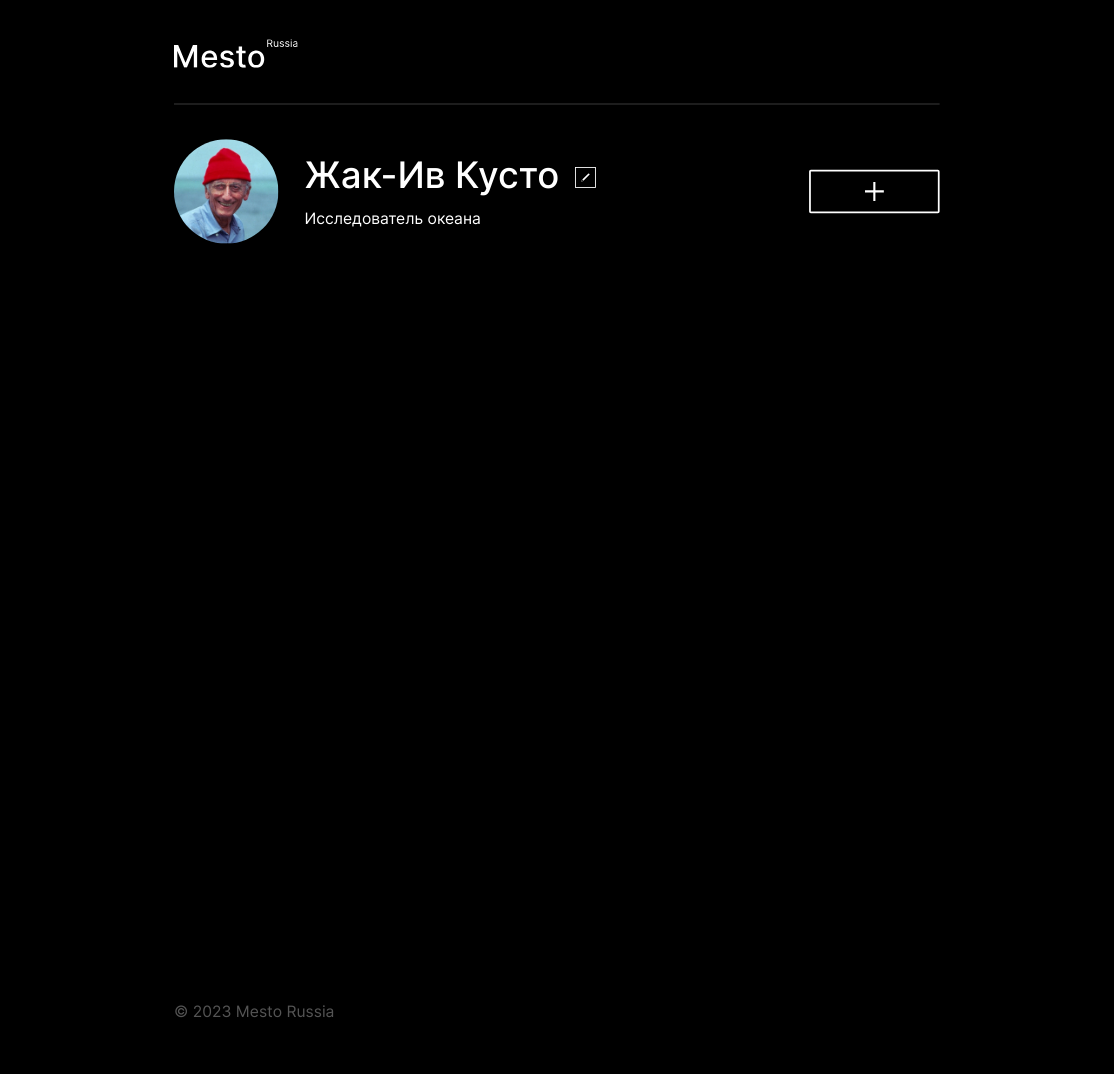
Repository: Dmitry-Rusinov/mesto
Page: index.html
The author's editor kept a copy of each file at every save. The page is drawn from the files as they stood at one save, then again after the next save.
The browser window is 1280 px wide. The pictures show the whole page, at 87% of full size.

Above is the page before, as saved 2023-05-12 13:56:04.

### index.html
<!DOCTYPE html>
<html lang="ru">
  <head>
    <meta charset="UTF-8" />
    <meta name="viewport" content="width=device-width, initial-scale=1.0" />
    <link rel="stylesheet" href="./pages/index.css" />
    <title>Третий проект Яндекс.Практикум "Место"</title>
  </head>
  <body class="page">
    <div class="content">
      <header class="header">
        <img
          src="./images/logo.svg"
          alt="Логотип проекта Место.Россия"
          class="header__logo"
        />
      </header>
      <main>
        <section class="profile">
          <img
            src="./images/image.jpg"
            alt="Фотография пользователя"
            class="profile__avatar"
          />
          <div class="profile__info">
            <h1 class="profile__info-title">Жак-Ив Кусто</h1>
            <button
              type="button"
              title="Кнопка редактирования профиля"
              class="profile__edit-button"
            ></button>
            <p class="profile__subtitle">Исследователь океана</p>
          </div>
          <button
            type="button"
            title="Кнопка добавления фото-карточки"
            class="profile__add-button"
          ></button>
        </section>
        <section class="elements">
          <ul class="elements__card">
            <li class="elements__card-content">
              <img
                src="./images/andrea-de-santis-Hu1ixxtInvs-unsplash.jpg"
                alt="Абстрактная многоярусная лестница"
                class="elements__picture"
              />
              <button type="button" title="Кнопка удаления карточки" class="elements__button-delete"></button>
              <div class="elements__description">
                <div class="elements__container">
                  <h2 class="elements__title">Лестница</h2>
                  <button
                    type="button"
                    title="Кнопка лайка картинки"
                    class="elements__button-like"
                  ></button>
                </div>
              </div>
            </li>
            <li class="elements__card-content">
              <img
                src="./images/david-becker-pEqvRg-o-PY-unsplash.jpg"
                alt="Северное сияние"
                class="elements__picture"
              />
              <button type="button" title="Кнопка удаления карточки" class="elements__button-delete"></button>
              <div class="elements__description">
                <div class="elements__container">
                  <h2 class="elements__title">Северное сияние</h2>
                  <button
                    type="button"
                    title="Кнопка лайка картинки"
                    class="elements__button-like"
                  ></button>
                </div>
              </div>
            </li>
            <li class="elements__card-content">
              <img
                src="./images/hamdhulla-shakeeb-S98UHzzXq_E-unsplash.jpg"
                alt="Пляж с пальмами и голубой водой"
                class="elements__picture"
              />
              <button type="button" title="Кнопка удаления карточки" class="elements__button-delete"></button>
              <div class="elements__description">
                <div class="elements__container">
                  <h2 class="elements__title">Пляж</h2>
                  <button
                    type="button"
                    title="Кнопка лайка картинки"
                    class="elements__button-like"
                  ></button>
                </div>
              </div>
            </li>
            <li class="elements__card-content">
              <img
                src="./images/josh-hild-znpfVkfxRgk-unsplash.jpg"
                alt="Девушка с удивленным взглядом в поле цветов"
                class="elements__picture"
              />
              <button type="button" title="Кнопка удаления карточки" class="elements__button-delete"></button>
              <div class="elements__description">
                <div class="elements__container">
                  <h2 class="elements__title">Девушка в цветах</h2>
                  <button
                    type="button"
                    title="Кнопка лайка картинки"
                    class="elements__button-like"
                  ></button>
                </div>
              </div>
            </li>
            <li class="elements__card-content">
              <img
                src="./images/mat-5DDrT2ioNuI-unsplash.jpg"
                alt="Римские колонны"
                class="elements__picture"
              />
              <button type="button" title="Кнопка удаления карточки" class="elements__button-delete"></button>
              <div class="elements__description">
                <div class="elements__container">
                  <h2 class="elements__title">Римские колонны</h2>
                  <button
                    type="button"
                    title="Кнопка лайка картинки"
                    class="elements__button-like"
                  ></button>
                </div>
              </div>
            </li>
            <li class="elements__card-content">
              <img
                src="./images/shana-van-roosbroek-nkS1Y4KsEAw-unsplash.jpg"
                alt="Доски для серфинга на пляже"
                class="elements__picture"
              />
              <button type="button" title="Кнопка удаления карточки" class="elements__button-delete"></button>
              <div class="elements__description">
                <div class="elements__container">
                  <h2 class="elements__title">Серфинг</h2>
                  <button
                    type="button"
                    title="Кнопка лайка картинки"
                    class="elements__button-like"
                  ></button>
                </div>
              </div>
            </li>
          </ul>
        </section>
      </main>
      <footer class="footer">
        <p class="footer__text">© 2023 Mesto Russia</p>
      </footer>
    </div>
    <div class="popup">
      <div class="popup__container">
        <button
          type="button"
          class="popup__closed"
          title="Кнопка закрытия формы"
        ></button>
        <h2 class="popup__title">Редактировать профиль</h2>
        <form name="form" class="popup__form">
          <fieldset class="popup__content">
            <input
              class="popup__input popup__input_user_name"
              type="text"
              id="user-name"
              placeholder="Как вас зовут?"
              minlength="1"
              maxlength="200"
              name="name"
            />
            <input
              class="popup__input popup__input_user_job"
              type="text"
              id="description"
              placeholder="Дополнитерьная информация"
              minlength="1"
              maxlength="400"
              name="job"
            />
          </fieldset>
          <button type="submit" class="popup__submit" value="eddit">
            Сохранить
          </button>
        </form>
      </div>
    </div>
    <script src="./scripts/index.js"></script>
  </body>
</html>

### pages/index.css
@import url(../vendor/normalize.css);
@import url(../vendor/fonts.css);
@import url(../blocks/page/page.css);
@import url(../blocks/content/content.css);

/*header*/
@import url(../blocks/header/header.css);
@import url(../blocks/header/__logo/header__logo.css);

/*profile*/
@import url(../blocks/profile/profile.css);
@import url(../blocks/profile/__add-button/profile__add-button.css);
@import url(../blocks/profile/__avatar/profile__avatar.css);
@import url(../blocks/profile/__edit-button/profile__edit-button.css);
@import url(../blocks/profile/__info/profile__info.css);
@import url(../blocks/profile/__info-title/profile__info-title.css);
@import url(../blocks/profile/__subtitle/profile__subtitle.css);

/*elements*/
@import url(../blocks/elements/elements.css);
@import url(../blocks/elements/__card/elements__card.css);
@import url(../blocks/elements/__button-like/elements__button-like.css);
@import url(../blocks/elements/__card-content/elements__card-content.css);
@import url(../blocks/elements/__container/elements__container.css);
@import url(../blocks/elements/__picture/elements__picture.css);
@import url(../blocks/elements/__title/elements__title.css);
@import url(../blocks/elements/__button-delete/elements__button-delete.css);

/*footer*/
@import url(../blocks/footer/footer.css);
@import url(../blocks/footer/__text/footer__text.css);

/*popup*/
@import url(../blocks/popup/popup.css);
@import url(../blocks/popup/__title/popup__title.css);
@import url(../blocks/popup/__submit/popup__submit.css);
@import url(../blocks/popup/_opened/popup_opened.css);
@import url(../blocks/popup/__input/popup__input.css);
@import url(../blocks/popup/__form/popup__form.css);
@import url(../blocks/popup/__content/popup__content.css);
@import url(../blocks/popup/__container/popup__container.css);
@import url(../blocks/popup/__closed/popup__closed.css);

### vendor/fonts.css
@font-face {
  font-family: 'Inter';
  font-style:  normal;
  font-weight: 400;
  font-display: swap;
  src: url("Inter-Regular.woff2?v=3.19") format("woff2"),
       url("Inter-Regular.woff?v=3.19") format("woff");
}
@font-face {
  font-family: 'Inter';
  font-style:  normal;
  font-weight: 500;
  font-display: swap;
  src: url("Inter-Medium.woff2?v=3.19") format("woff2"),
       url("Inter-Medium.woff?v=3.19") format("woff");
}
@font-face {
  font-family: 'Inter';
  font-style:  normal;
  font-weight: 900;
  font-display: swap;
  src: url("Inter-Black.woff2?v=3.19") format("woff2"),
       url("Inter-Black.woff?v=3.19") format("woff");
}

### blocks/page/page.css
.page {
  font-family: "Inter", Helvetica, Arial, sans-serif;
  background-color: #000000;
  -webkit-text-size-adjust: 100%;
  -ms-text-size-adjust: 100%;
  -moz-text-size-adjust: 100%;
  -webkit-font-smoothing: antialiased;
  -moz-osx-font-smoothing: grayscale;
  text-rendering: optimizeLegibility;
  margin: 0 auto;
  width: 100%;
}

### blocks/content/content.css
.content {
  max-width: calc(1280px - 2 * 200px);
  width: calc(100% - 2 * 200px);
  margin: 45px auto 60px;
  position: relative;
}

@media screen and (max-width: 1279px) {
  .content {
    max-width: calc(1279px - 2 * 15.6%);
    width: calc(100% - 2 * 15.6%);
  }
}

@media screen and (max-width: 768px) {
  .content {
    max-width: calc(768px - 2 * 6%);
    width: calc(100% - 2 * 6%);
    margin: 28px auto 36px;
  }
}

@media screen and (max-width: 320px) {
  .content {
    width: 100%;
  }
}

### blocks/header/header.css
.header {
  display: flex;
  flex-direction: column;
  justify-content: space-between;
  margin: 0;
  border-bottom: 1px solid rgba(84, 84, 84, 0.7);
}

### blocks/header/__logo/header__logo.css
.header__logo {
  object-fit: contain;
  margin-bottom: 41px;
  max-width: 142px;
}

@media screen and (max-width: 320px) {
  .header__logo {
    max-width: 103.74px;
    margin-bottom: 31.6px;
    margin-left: 27px;
  }
}

### blocks/profile/profile.css
.profile {
  display: flex;
  width: 100%;
  margin: 40px auto 0;
  align-items: center;
}
@media screen and (max-width: 980px) {
  .profile {
    flex-direction: column;
  }
}

### blocks/profile/__add-button/profile__add-button.css
.profile__add-button {
  background-image: url(../../../images/addBottonPlus.svg);
  width: 150px;
  height: 50px;
  background-repeat: no-repeat;
  background-position: center;
  background-color: transparent;
  border: 2px solid #ffffff;
  border-radius: 2px;
  box-sizing: border-box;
  cursor: pointer;
  align-self: center;
  margin-left: auto;
  transition: opacity 0.6s;
}

.profile__add-button:hover {
  opacity: 0.6;
}

@media screen and (max-width: 980px) {
  .profile__add-button {
    margin: auto;
    width: 330px;
  }
}

@media screen and (max-width: 425px) {
  .profile__add-button {
    width: 234px;
  }
}

@media screen and (max-width: 320px) {
  .profile__add-button {
    max-width: calc(320px - 2 * 19px);
    width: calc(100% - 2 * 19px);
    background-size: 16px;
  }
}

### blocks/profile/__avatar/profile__avatar.css
.profile__avatar {
  object-fit: cover;
  border-radius: 50%;
  width: 120px;
  height: 120px;
  margin-right: 30px;
  padding: 0;
}

@media screen and (max-width: 980px) {
  .profile__avatar {
    margin: 0 auto 26px;
  }
}

### blocks/profile/__edit-button/profile__edit-button.css
.profile__edit-button {
  border: 1px solid #ffffff;
  background-image: url(../../../images/edit-button.svg);
  height: 24px;
  width: 24px;
  background-color: transparent;
  background-position: center;
  cursor: pointer;
  transition: opacity 0.6s;
  box-sizing: border-box;
  padding: 0;
  background-repeat: no-repeat;
}

.profile__edit-button:hover {
  opacity: 0.6;
}

@media screen and (max-width: 425px) {
  .profile__edit-button {
    height: 18px;
    width: 18px;
    background-size: 8px;
  }
}

### blocks/profile/__info/profile__info.css
.profile__info {
  display: grid;
  grid-template-columns: 1fr 24px;
  column-gap: 18px;
  row-gap: 16px;
  align-items: baseline;
  box-sizing: border-box;
  max-width: 336px;
}

@media screen and (max-width: 980px) {
  .profile__info {
    margin: 0 auto 36px;
  }
}

@media screen and (max-width: 425px) {
  .profile__info {
    grid-template-columns: 1fr 18px;
    column-gap: 14px;
    row-gap: 10px;
  }
}

### blocks/profile/__info-title/profile__info-title.css
.profile__info-title {
  color: white;
  font-style: normal;
  font-weight: 500;
  font-size: 42px;
  line-height: 48px;
  margin: 0;
  padding: 0;
  text-overflow: ellipsis;
  white-space: nowrap;
  overflow: hidden;
  vertical-align: baseline;
}

@media screen and (max-width: 980px) {
  .profile__info-title {
    text-align: center;
  }
}

@media screen and (max-width: 425px) {
  .profile__info-title {
    font-size: 27px;
    line-height: 33px;
  }
}

### blocks/profile/__subtitle/profile__subtitle.css
.profile__subtitle {
  font-style: normal;
  font-weight: 400;
  font-size: 18px;
  line-height: 1.22;
  margin: 0;
  padding: 0;
  color: #ffffff;
  text-overflow: ellipsis;
  white-space: nowrap;
  overflow: hidden;
}

@media screen and (max-width: 980px) {
  .profile__subtitle {
    text-align: center;
    grid-column: 1 / 3;
  }
}

@media screen and (max-width: 425px) {
  .profile__subtitle {
    font-size: 14px;
    line-height: 17px;
  }
}

### blocks/elements/elements.css
.elements {
  margin: 51px auto 0;
}

@media screen and (max-width: 425px) {
  .elements {
    margin: 36px auto 0;
  }
}

### blocks/elements/__card/elements__card.css
.elements__card {
  list-style: none;
  display: grid;
  grid-template-columns: repeat(3, 1fr);
  column-gap: 17px;
  row-gap: 20px;
  margin: 0;
  padding: 0;
}

@media screen and (max-width: 1279px) {
  .elements__card {
    grid-template-columns: repeat(2, 1fr);
    max-width: max-content;
    margin: 0 auto;
  }
}

@media screen and (max-width: 980px) {
  .elements__card {
    grid-template-columns: 1fr;
  }
}

### blocks/elements/__button-like/elements__button-like.css
.elements__button-like {
  background-image: url(../../../images/botton-like.svg);
  width: 22px;
  height: 19px;
  border: 0;
  background-color: transparent;
  cursor: pointer;
  transition: opacity 0.6s;
}

.elements__button-like:hover {
  opacity: 0.5;
}

.elements__button-like:active {
  background-image: url(../../../images/button-like-active.svg);
  opacity: 1;
}

### blocks/elements/__card-content/elements__card-content.css
.elements__card-content {
  display: flex;
  position: relative;
  flex-direction: column;
  border-radius: 10px;
  margin: 0;
  padding: 0;
  overflow: hidden;
  background: #FFFFFF;
}

### blocks/elements/__container/elements__container.css
.elements__container {
  display: flex;
  justify-content: space-between;
  margin: 25px 20px 31px;
  align-items: center;
}

### blocks/elements/__picture/elements__picture.css
.elements__picture {
  height: 282px;
  width: 100%;
  object-fit: cover;
}

### blocks/elements/__title/elements__title.css
.elements__title {
  font-style: normal;
  font-weight: 900;
  font-size: 1.5em;
  line-height: 1.2;
  margin: 0;
  padding: 0;
  max-width: 220px;
  text-overflow: ellipsis;
  white-space: nowrap;
  overflow: hidden;
}

### blocks/elements/__button-delete/elements__button-delete.css
.elements__button-delete {
  position: absolute;
  background-image: url(../../../images/deleteCard-basket.svg);
  cursor: pointer;
  top: 20px;
  right: 20px;
  width: 18px;
  height: 19px;
  border: 1px solid green;
  background-color: transparent;
  background-repeat: no-repeat;
  transition: opacity 0.6s;
}

.elements__button-delete:hover {
  opacity: 0.6;
}

### blocks/footer/footer.css
.footer {
  max-width: 318px;
  margin-top: 67px;
  margin-right: auto;
}

@media screen and (max-width: 425px) {
  .footer {
    margin-top: 48px;
  }
}

### blocks/footer/__text/footer__text.css
.footer__text {
  font-style: normal;
  font-weight: 400;
  font-size: 18px;
  line-height: 22px;
  color: #545454;
  margin: 0;
  padding: 0;
}

@media screen and (max-width: 320px) {
  .footer__text {
    font-size: 14px;
    line-height: 17px;
    margin: 0 19px;
  }
}

### blocks/popup/popup.css
.popup {
  position: fixed;
  top: 0;
  left: 0;
  z-index: 5;
  width: 100%;
  height: 100%;
  display: none;
  background-color: rgba(0, 0, 0, 0.5);
  justify-content: center;
  align-items: center;
}

### blocks/popup/__title/popup__title.css
.popup__title {
  font-style: normal;
  font-weight: 900;
  font-size: 24px;
  line-height: 29px;
  margin: 0;
  padding: 0;
}

@media screen and (max-width: 768px) {
  .popup__title {
    font-size: 18px;
    line-height: 22px;
  }
}

### blocks/popup/__submit/popup__submit.css
.popup__submit {
  margin: 0;
  padding-top: 14px;
  padding-bottom: 14px;
  border-radius: 2px;
  background-color: #000000;
  color: #fff;
  width: 100%;
  font-style: normal;
  font-weight: 400;
  font-size: 18px;
  line-height: 22px;
  text-align: center;
  border: none;
  transition: .6s ease;
  cursor: pointer;
}

.popup__submit:hover {
  background-color: rgba(0, 0, 0, .8);
}

@media screen and (max-width: 768px) {
  .popup__submit {
    margin: 28px 0 0;
    font-size: 14px;
    line-height: 17px;
  }
}

### blocks/popup/__input/popup__input.css
.popup__input {
  border: none;
  border-bottom: 1px solid rgba(0, 0, 0, 0.2);
  padding: 13px 0 10px;
  margin: 0 0 17px;
  width: 100%;
  font-style: normal;
  font-weight: 400;
  font-size: 14px;
  line-height: 17px;
}

### blocks/popup/__form/popup__form.css
.popup__form {
  display: flex;
  flex-direction: column;
  box-sizing: border-box;
  margin-top: 35px;
}

@media screen and (max-width: 768px) {
  .popup__form {
    margin-top: 62px;
  }
}

### blocks/popup/__content/popup__content.css
.popup__content {
  padding: 0;
  margin: 0 0 31px;
  border: none;
  flex-direction: column;
}
@media screen and (max-width: 768px) {
  .popup__content {
    margin: 0;
  }
}

### blocks/popup/__container/popup__container.css
.popup__container {
  border-radius: 10px;
  background: #fff;
  width: 358px;
  position: relative;
  box-shadow: 0px 0px 25px rgba(0, 0, 0, 0.15);
  flex-direction: column;
  z-index: 5;
  padding: 34px 36px 37px;
}

@media screen and (max-width: 768px) {
  .popup__container {
    width: 238px;
    padding: 25px 22px;
  }
}

### blocks/popup/__closed/popup__closed.css
.popup__closed {
  position: absolute;
  top: -40px;
  right: -40px;
  transition: opacity 0.6s;
  cursor: pointer;
  background-image: url(../../../images/close-icon.svg);
  height: 32px;
  width: 32px;
  background-color: transparent;
  border: none;
}

.popup__closed:hover {
  opacity: 0.6;
}

@media screen and (max-width: 768px) {
  .popup__closed {
    top: -36px;
    right: 0;
    background-image: url(../../../images/close-icon-mini.svg);
    height: 20px;
    width: 20px;
  }
}

### scripts/index.js
const buttonPopupOpen = document.querySelector('.profile__edit-button');
const popup = document.querySelector('.popup');
const buttonPopupClosed = document.querySelector('.popup__closed');
let formElement = document.querySelector('.popup__form');
let nameInput = document.querySelector('.popup__input_user_name');
let jobInput = document.querySelector('.popup__input_user_job');
let newNameInput = document.querySelector('.profile__info-title');
let newJobInput = document.querySelector('.profile__subtitle');

const togglePopupState = (popupToToggle) => popupToToggle.classList.toggle('popup_opened');

buttonPopupOpen.addEventListener('click', () => {
  togglePopupState(popup);
  nameInput.value = newNameInput.textContent;
  jobInput.value = newJobInput.textContent;
});

buttonPopupClosed.addEventListener('click', () => togglePopupState(popup));
/*popup.addEventListener('click', (evt) => {
  if (evt.target === evt.currentTarget) {
    togglePopupState(popup)
  }
})*/

function handleFormSubmit (evt) {
    evt.preventDefault();
    newNameInput.textContent = nameInput.value;
    newJobInput.textContent = jobInput.value;
    togglePopupState(popup);
}
// Прикрепляем обработчик к форме:
// он будет следить за событием “submit” - «отправка»
formElement.addEventListener('submit', handleFormSubmit);

const elementsCard = document.querySelector('.elements__card');
const elementsCardContent = document.querySelector('.elements__card-content').content;
//const elementsPicture = document.querySelector('.elements__picture');
//const elementsTitle = document.querySelector('.elements__title');


const initialCards = [
  {
    name: 'Архыз',
    link: 'https://pictures.s3.yandex.net/frontend-developer/cards-compressed/arkhyz.jpg'
  },
  {
    name: 'Челябинская область',
    link: 'https://pictures.s3.yandex.net/frontend-developer/cards-compressed/chelyabinsk-oblast.jpg'
  },
  {
    name: 'Иваново',
    link: 'https://pictures.s3.yandex.net/frontend-developer/cards-compressed/ivanovo.jpg'
  },
  {
    name: 'Камчатка',
    link: 'https://pictures.s3.yandex.net/frontend-developer/cards-compressed/kamchatka.jpg'
  },
  {
    name: 'Холмогорский район',
    link: 'https://pictures.s3.yandex.net/frontend-developer/cards-compressed/kholmogorsky-rayon.jpg'
  },
  {
    name: 'Байкал',
    link: 'https://pictures.s3.yandex.net/frontend-developer/cards-compressed/baikal.jpg'
  }
];

const elementsInfo = initialCards.map((item) => {
  return {
    name: item.name,
    link: item.link
  };
});

function createCard({name, link}) {
  const changedElements = document.querySelector('.elements__card').cloneNode(true);
  changedElements.querySelector('.elements__title').textContent = name;
  changedElements.querySelector('.elements__picture').src = link;
  elementsCard.replaceChildren(changedElements);
}

function create() {
  elementsInfo.forEach(createCard);
}

create();

Loaded but not shown: vendor/normalize.css (library); blocks/popup/_opened/popup_opened.css (common file)

After the next save:
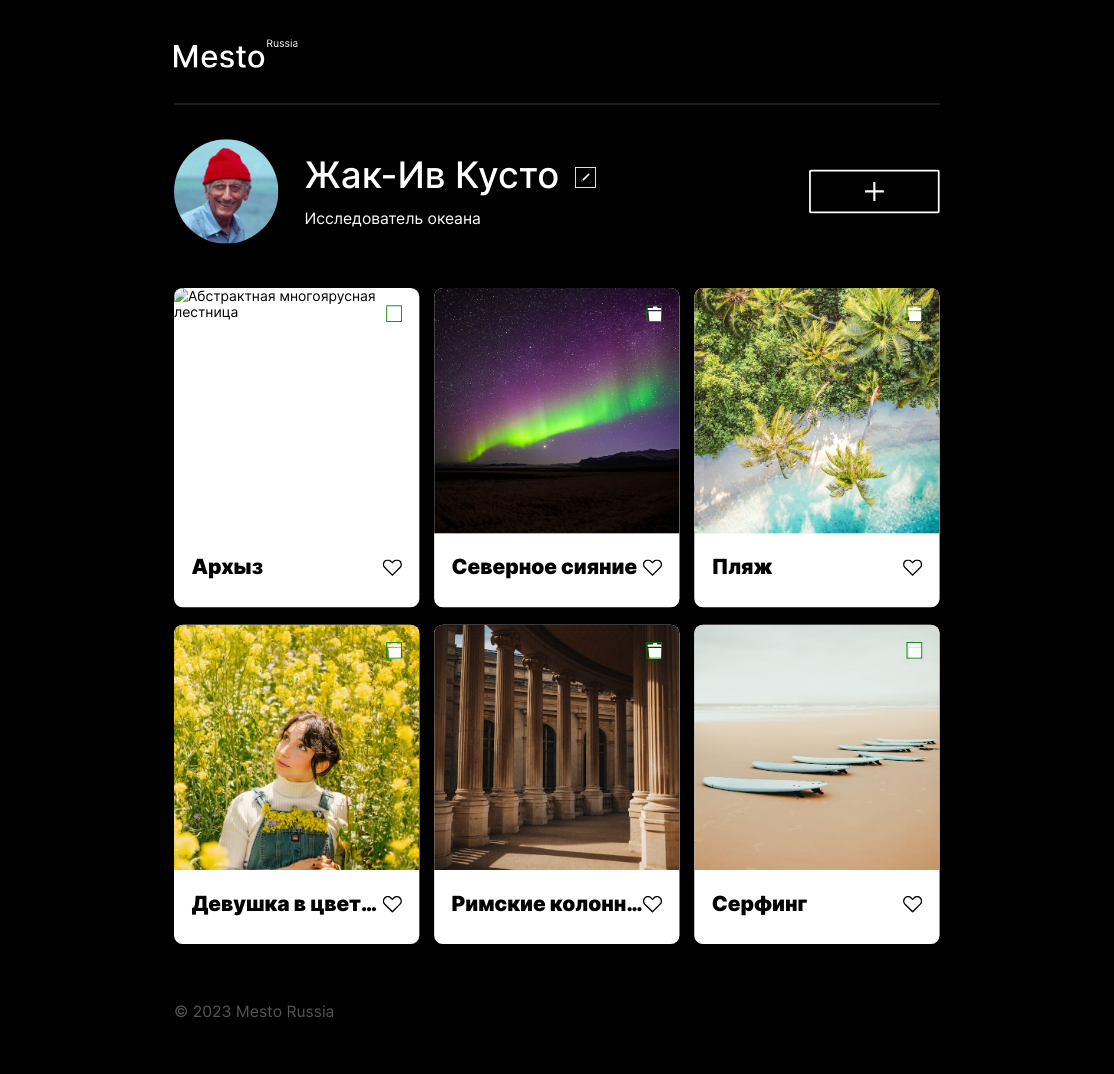
Saved 16 s later.
--- a/scripts/index.js
+++ b/scripts/index.js
@@ -76,7 +76,7 @@ function createCard({name, link}) {
   const changedElements = document.querySelector('.elements__card').cloneNode(true);
   changedElements.querySelector('.elements__title').textContent = name;
   changedElements.querySelector('.elements__picture').src = link;
-  elementsCard.replaceChildren(changedElements);
+  elementsCard.replaceWith(changedElements);
 }
 
 function create() {
